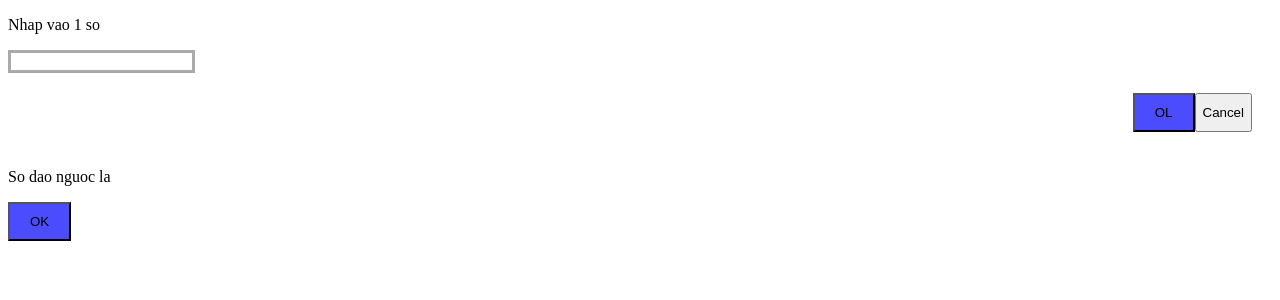
Repository: lhggiang/Sodaonguoc
Page: index.html
An editor plug-in stored every save of this project. The page is shown before and after the next save, followed by the edit.
The browser window is 1280 px wide. The pictures show the whole page.

Above is the page before, as saved 2023-05-19 06:53:49.

### index.html
<!DOCTYPE html>
<html lang="en">

<head>
    <meta charset="UTF-8">
    <meta http-equiv="X-UA-Compatible" content="IE=edge">
    <meta name="viewport" content="width=device-width, initial-scale=1.0">
    <link rel="stylesheet" href="./style.css">
    <title>Document</title>
</head>

<body>
    <div class="sodaonguoc">
        <p>Nhap vao 1 so</p>
        <input type="number" id="num">
        <div class="btn">
            <button id="yes" class="ok">OL</button>
            <button>Cancel</button>
        </div>
        <p>So dao nguoc la <span id="result"></span></p>
        <button class="ok">OK</button>
    </div>

    <script src="./javascript.js"></script>
</body>

</html>

### style.css
#num {
  border: 3px solid #aaa;
}

.btn {
  display: flex;
  justify-content: flex-end;
  padding: 20px;
}

.ok {
  background: rgba(0, 0, 255, 0.7);
  padding: 10px 20px;
}

### javascript.js
//So dao nguoc
//C1:
document.getElementById("yes").onclick = function () {
  let num = parseInt(document.getElementById("num").value);
  let res = 0;
  while (num > 0) {
    res = res * 10 + (num % 10);
    num = parseInt(num / 10);
  }
  let result = document.getElementById("result");
  result.innerHTML = res;
};

After the next save:
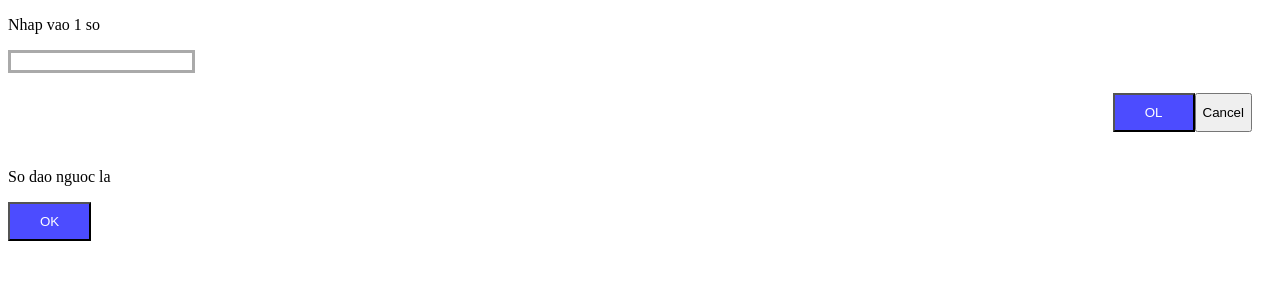
Saved 13 s later.
--- a/style.css
+++ b/style.css
@@ -10,5 +10,6 @@
 
 .ok {
   background: rgba(0, 0, 255, 0.7);
-  padding: 10px 20px;
+  padding: 10px 30px;
+  color: white;
 }
